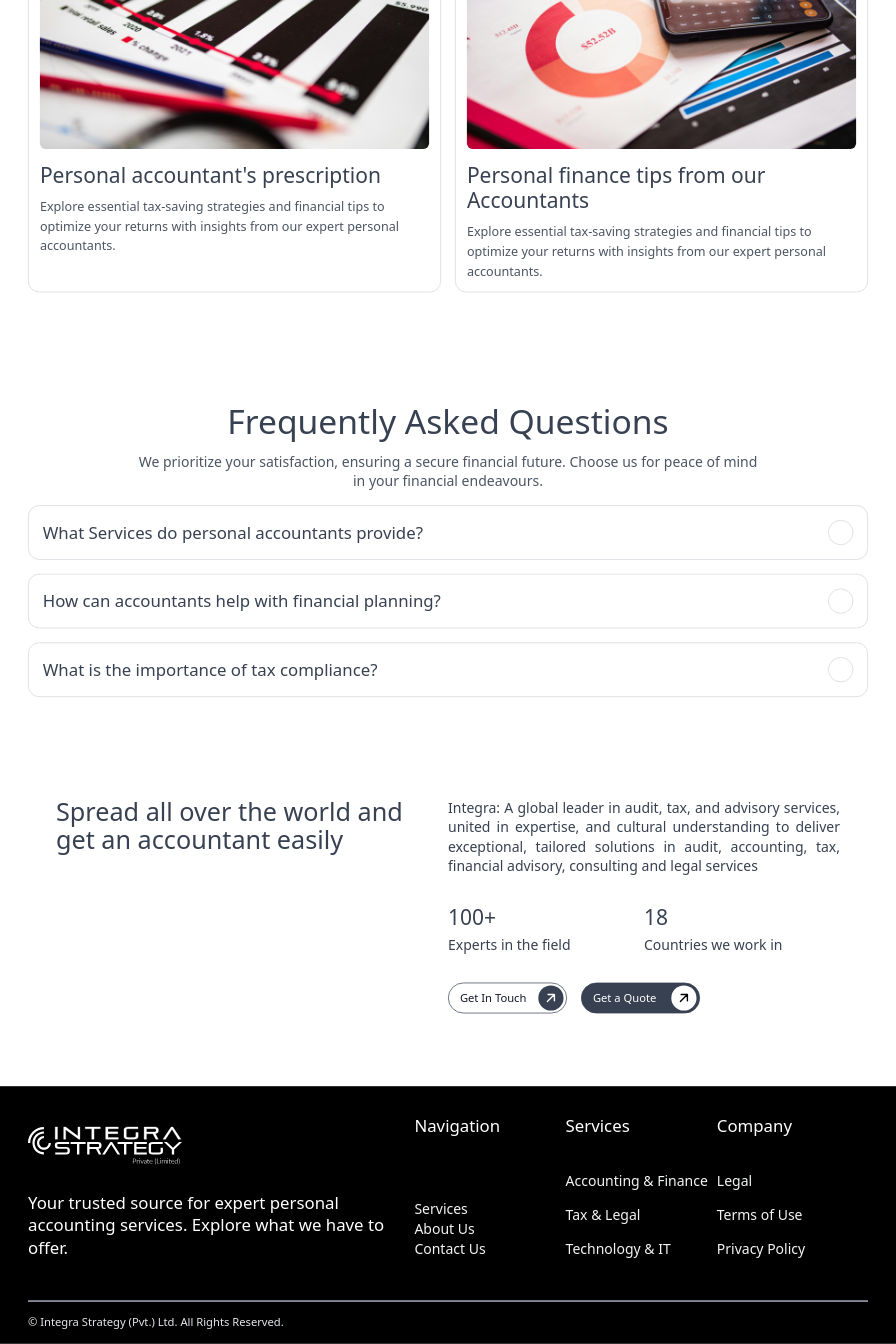
Repository: vespersolutionspk18/integrast-website
Page: /
The author's editor kept a copy of each file at every save. The page is drawn from the files as they stood at one save, then again after the next save.
The browser window is 1280 px wide. The pictures show the part of the page from y = 2894 to 4814 px (the page is 4814 px tall), at 70% of full size.
The project was rebuilt for these pictures with package versions that can differ from the ones it lists, and the page was loaded fresh each time. The framework's server and built-in components were replaced by stand-ins that run in the browser. Also part of the build but not shown: next.config.ts.

Above is the page before, as saved 2024-12-12 18:13:59.

### app/layout.tsx
import type { Metadata } from "next";
import localFont from "next/font/local";
import "./globals.css";

const geistSans = localFont({
  src: "./fonts/GeistVF.woff",
  variable: "--font-geist-sans",
  weight: "100 900",
});
const geistMono = localFont({
  src: "./fonts/GeistMonoVF.woff",
  variable: "--font-geist-mono",
  weight: "100 900",
});

export const metadata: Metadata = {
  title: "Integra Strategy",
  description: "-",
};

export default function RootLayout({
  children,
}: Readonly<{
  children: React.ReactNode;
}>) {
  return (
    <html lang="en">
      <body
        className={`${geistSans.variable} ${geistMono.variable} antialiased`}
      >
        {children}
      </body>
    </html>
  );
}

### app/page.tsx
import Header from "./Header";
import Hero from "./Hero";
import Services from "./Services";
import Postsart from "./Postsart";
import Faqsection from "./Faqsection";
import GetinTouchSection from "./GetinTouchSection";
import Footer from "./Footer";

export default function Home() {
  return (
    <div>
      <Header />
      <Hero />
      <Services />
      <Postsart />
      <Faqsection />
      <GetinTouchSection />
      <Footer />
    </div>
  );
}

### app/Header.tsx
import React from 'react'
import IntegraLogo from "@/public/assets/integra-logo.svg";
import ButtonArrow from "@/public/assets/buttonarrow.svg";

const Header = () => {
  return (
    <div className="pl-10 pr-10 pt-1 pb-3 flex flex-row justify-between font-sans font-light text-gray-800">
      <IntegraLogo className="h-[90px] w-[200px]" />
      <div className="text-xl flex flex-row gap-5 items-center">
        <div className="hover:text-black hover:font-normal hover:cursor-pointer">Insights</div>
        <div className="hover:text-black hover:font-normal hover:cursor-pointer">Industries</div>
        <div className="hover:text-black hover:font-normal hover:cursor-pointer">Services</div>
        <div className="hover:text-black hover:font-normal hover:cursor-pointer">About</div>
        <div className="hover:text-black hover:font-normal hover:cursor-pointer pr-5">Clients</div>
        <div id="button"
  className="group  bg-gray-700 h-[44px] flex-row border-[1px] border-gray-700 text-white text-[16px] py-1 px-1 font-light rounded-full hidden md:flex items-center justify-between w-[170px] transition-width duration-500 ease-in-out  hover:w-[195px] hover:bg-[#ec8123] hover:border-[#ec8123] hover:cursor-pointer "

>
  <div className="mx-3 font-sans font-regular">Contact Us</div>
  <div className="bg-white rounded-full h-[36px] w-[36px] flex items-center justify-center transition-transform duration-500 ease-in-out group-hover:rotate-45 ">
    <ButtonArrow className="h-[24px] w-[24px]" />
  </div>
            </div>
      </div>
    </div>

  )
}

export default Header

### app/Hero.tsx
import React from 'react'
import ButtonArrowwhite from "@/public/assets/buttonarrowwhite.svg";

const Hero = () => {
  return (
    <div className="flex flex-col p-10 ">
        <div className="flex flex-row mt-24 h-[190px] gap-5 ">
            <div className="w-[55%] flex flex-col">
                <h1 className="font-light font-sans text-6xl text-[#ec8123]">Unlock Prosperity, <span className="text-gray-800">Choose Expert Guidance</span></h1>
                <h4 className="text-xl font-sans font-light text-gray-900 mt-6">Embark on a transformative journey to financial prosperity with our personalized accountancy services</h4>
            </div>
            <div className="w-[45%] flex flex-col justify-between ">
                <h4 className="text-xl text-justify font-light font-sans text-gray-900">Unlock tailored strategies, benefit from insightful guidances, and follow a clear pathway to achieve your financial success. Elevate your financial journey with our dedicated support and expertise. Contact us today to start your journey towards financial freedom.</h4>
                <div className="flex flex-row gap-5 pt-10">
                <div>
                <div id="button"
  className="group  bg-white h-[44px] flex-row border-[1px] border-gray-700 text-gray-900 text-[16px] py-1 px-1 font-light rounded-full hidden md:flex items-center justify-between w-[170px] transition-width duration-500 ease-in-out  hover:w-[195px] hover:bg-gray-700 hover:border-gray-700 hover:text-white hover:cursor-pointer "

>
  <div className="mx-3 font-sans font-regular">Get In Touch</div>
  <div className="bg-gray-700 rounded-full h-[36px] w-[36px] flex items-center justify-center transition-transform duration-500 ease-in-out group-hover:rotate-45 group-hover:bg-[#ec8123]">
    <ButtonArrowwhite className="h-[24px] w-[24px]" />
  </div>
            </div>
                </div>
                <div>

                </div>

                </div>
            </div>
        </div>


        <div className="flex flex-row h-[380px] gap-4 mt-16">
            <div className="w-[70%] transition-all duration-500 ease-in-out hover:w-[90%] rounded-2xl bg-cover bg-center" style={{backgroundImage: `url('/assets/heroimage3.jpg')`}}></div>
            <div className="w-[30%] transition-all duration-500 ease-in-out hover:w-[40%] flex flex-col justify-between ">
                <div className="w-full h-full rounded-2xl bg-cover bg-center" style={{backgroundImage: `url('/assets/heroimage4.jpg')`}}></div>
                <h5 className="font-sans text-gray-900 text-justify text-xl mt-3  font-light">Tailored solutions, expert guidance, and strategic planning to secure your wealth and achieve your financial goals seamlessly</h5>
            </div>
        </div>
    </div>
  )
}

export default Hero

### app/Services.tsx
import React from 'react'
import ButtonArrowwhite from "@/public/assets/buttonarrowwhite.svg";

const Services = () => {
  return (
    <div className="flex flex-col p-10 mt-16 items-center ">
        <div className="flex flex-row items-start justify-start ">
            <div className="w-1/2 font-sans font-light text-5xl text-[#ec8123]">We collaborate across <span className="text-gray-700">diverse industry landscapes</span></div>
            <div className="w-1/2 font-sans text-gray-900 text-justify text-xl  font-light">Our commitment to fostering dynamic collaboration allows to navigate the unique challenges and intricacies of various sectors. Our versatile approach ensures tailored solutions that resonate with the distinct needs of each industry.</div>
        </div>
        <div className="flex flex-row gap-5 mt-16">
            <div className="rounded-2xl w-1/3 h-[540px] bg-cover bg-center flex items-end  " style={{backgroundImage: `url('/assets/audit.jpg')`}}>
            <div className="group">
  <div className="bg-white m-4  rounded-[12px] flex flex-col relative transition-all duration-500 ease-in-out hover:pb-[120px] min-h-[180px]">
    <h5 className="ml-5 mt-5 mr-5 mb-5 font-sans text-3xl text-gray-700 group-hover:text-[#ec8123] font-light">
      Accounting & Finance
    </h5>
    <p className="ml-5 mr-5 mb-5 text-justify font-sans font-light text-xl text-gray-600">
      We are committed to serving the public interest by providing objective assurance over data on which investors rely.
    </p>
    {/* Hidden div */}
    <div className="absolute bottom-5 left-5 text-xl font-sans font-light  text-gray-600 px-4 py-2 rounded-md opacity-0 invisible transition-all duration-500 group-hover:opacity-100 group-hover:visible hover:text-black hover:cursor-pointer  hover:underline">
      Learn More
    </div>
  </div>
</div>

</div>
            <div className="rounded-2xl w-1/3 h-[540px] bg-cover bg-center flex items-end" style={{backgroundImage: `url('/assets/tax.jpg')`}}>
            <div className="group">
  <div className="bg-white m-4  rounded-[12px] flex flex-col relative transition-all duration-500 ease-in-out hover:pb-[120px] min-h-[180px]">
    <h5 className="ml-5 mt-5 mr-5 mb-5 font-sans text-3xl text-gray-700 group-hover:text-[#ec8123] font-light">
      Tax & Legal
    </h5>
    <p className="ml-5 mr-5 mb-5 text-justify font-sans font-light text-xl text-gray-600">
      We are committed to serving the public interest by providing objective assurance over data on which investors rely.
    </p>
    {/* Hidden div */}
    <div className="absolute bottom-5 left-5 text-xl font-sans font-light  text-gray-600 px-4 py-2 rounded-md opacity-0 invisible transition-all duration-500 group-hover:opacity-100 group-hover:visible hover:text-black hover:cursor-pointer  hover:underline">
      Learn More
    </div>
  </div>
</div>
</div>
            <div className="rounded-2xl w-1/3 h-[540px] bg-cover bg-center flex items-end" style={{backgroundImage: `url('/assets/tech.jpg')`}}>
            <div className="group">
  <div className="bg-white m-4  rounded-[12px] flex flex-col relative transition-all duration-500 ease-in-out hover:pb-[120px] min-h-[180px]">
    <h5 className="ml-5 mt-5 mr-5 mb-5 font-sans text-3xl text-gray-700 group-hover:text-[#ec8123] font-light">
      Technology & IT
    </h5>
    <p className="ml-5 mr-5 mb-5 text-justify font-sans font-light text-xl text-gray-600">
      We are committed to serving the public interest by providing objective assurance over data on which investors rely.
    </p>
    {/* Hidden div */}
    <div className="absolute bottom-5 left-5 text-xl font-sans font-light  text-gray-600 px-4 py-2 rounded-md opacity-0 invisible transition-all duration-500 group-hover:opacity-100 group-hover:visible hover:text-black hover:cursor-pointer  hover:underline">
      Learn More
    </div>
  </div>
</div>
</div>
        </div>
        <div className="mt-8">
                <div id="button"
  className="group  bg-white h-[44px] flex-row border-[1px] border-gray-700 text-gray-900 text-[16px] py-1 px-1 font-light rounded-full hidden md:flex items-center justify-between w-[190px] transition-width duration-500 ease-in-out hover:cursor-pointer  hover:w-[215px] hover:bg-gray-700 hover:border-gray-700 hover:text-white "

>
  <div className="mx-3 font-sans font-regular">View all Services</div>
  <div className="bg-gray-700 rounded-full h-[36px] w-[36px] flex items-center justify-center transition-transform duration-500 ease-in-out group-hover:rotate-45 group-hover:bg-[#ec8123]">
    <ButtonArrowwhite className="h-[24px] w-[24px]" />
  </div>
            </div>
                </div>
    </div>
  )
}

export default Services

### app/Postsart.tsx
import React from 'react'

const Postsart = () => {
  return (
    <div className="w-full flex flex-col p-10 items-center mt-20">
        <h2 className="text-5xl font-sans text-gray-700 font-light">Posts & Articles</h2>
        <p className="font-sans text-xl text-gray-800 font-light text-center mt-5">Stay up-to-date and enahnce your financial literacy with our engaging and informative<br></br>content your key to achieving financial success</p>
        <div className="flex flex-row mt-10 gap-5 w-full">
            <div className="hover:border-black hover:cursor-pointer flex flex-col rounded-2xl w-1/2  border-[1px] p-4 border-gray-300">
            <div className="w-full h-[340px] rounded-[8px] bg-cover bg-center" style={{backgroundImage: `url('/assets/post1.jpg')`}}></div>
            <h5 className="font-sans font-light text-3xl mt-5 text-gray-700">Navigating Tax Season: Tips for Individuals</h5>
            <p className="font-sans font-light text-gray-600 text-lg mt-3">Explore essential tax-saving strategies and financial tips to optimize your returns with insights from our expert personal accountants.</p>
            </div>
            <div className="hover:border-black hover:cursor-pointer flex flex-col rounded-2xl w-1/2  border-[1px] p-4 border-gray-300">
            <div className="w-full h-[340px] rounded-[8px] bg-cover bg-center" style={{backgroundImage: `url('/assets/post2.jpg')`}}></div>
            <h5 className="font-sans font-light text-3xl mt-5 text-gray-700">Insights from personal accountants</h5>
            <p className="font-sans font-light text-gray-600 text-lg mt-3">Explore essential tax-saving strategies and financial tips to optimize your returns with insights from our expert personal accountants.</p>
            </div>
        </div>
        <div className=" flex flex-row mt-5 gap-5 w-full">
            <div className="hover:border-black hover:cursor-pointer flex flex-col rounded-2xl w-1/2  border-[1px] p-4 border-gray-300">
            <div className="w-full h-[340px] rounded-[8px] bg-cover bg-center" style={{backgroundImage: `url('/assets/post3.jpg')`}}></div>
            <h5 className="font-sans font-light text-3xl mt-5 text-gray-700">Personal accountant&apos;s prescription</h5>
            <p className="font-sans font-light text-gray-600 text-lg mt-3">Explore essential tax-saving strategies and financial tips to optimize your returns with insights from our expert personal accountants.</p>
            </div>
            <div className="hover:border-black hover:cursor-pointer flex flex-col rounded-2xl w-1/2  border-[1px] p-4 border-gray-300">
            <div className="w-full h-[340px] rounded-[8px] bg-cover bg-center" style={{backgroundImage: `url('/assets/post4.jpg')`}}></div>
            <h5 className="font-sans font-light text-3xl mt-5 text-gray-700">Personal finance tips from our Accountants</h5>
            <p className="font-sans font-light text-gray-600 text-lg mt-3">Explore essential tax-saving strategies and financial tips to optimize your returns with insights from our expert personal accountants.</p>
            </div>
        </div>
    </div>
  )
}

export default Postsart

### app/Faqsection.tsx
"use client";
import React, { useState } from "react";
import ButtonRight from "@/public/assets/right.svg";

const Faqsection = () => {
  // Array of FAQs
  const faqs = [
    {
      question: "What Services do personal accountants provide?",
      answer:
        "Personal accountants provide a variety of services, including tax preparation, financial planning, and investment advice. They also help manage budgets, track expenses, and ensure compliance with financial regulations.",
    },
    {
      question: "How can accountants help with financial planning?",
      answer:
        "Accountants assist in creating budgets, managing investments, and developing long-term financial strategies tailored to individual needs.",
    },
    {
      question: "What is the importance of tax compliance?",
      answer:
        "Tax compliance ensures that individuals and businesses meet their legal obligations, avoiding penalties and fostering financial stability.",
    },
  ];

  // State to track which FAQ is expanded
  const [expandedIndex, setExpandedIndex] = useState<number | null>(null);

  // Toggle function
  const toggleSection = (index: number) => {
    setExpandedIndex((prevIndex) => (prevIndex === index ? null : index));
  };

  return (
    <div className="flex flex-col p-10 items-center mt-20">
      <h2 className="font-sans font-light text-5xl text-gray-700">
        Frequently Asked Questions
      </h2>
      <p className="font-sans mt-5 font-light text-xl text-gray-600 text-center">
        We prioritize your satisfaction, ensuring a secure financial future.
        Choose us for peace of mind
        <br />
        in your financial endeavours.
      </p>
      <div className="w-full flex flex-col gap-5 mt-5">
        {faqs.map((faq, index) => (
          <div
            key={index}
            className={`border-[1px] ${
              expandedIndex === index ? "border-gray-500" : "border-gray-300"
            } rounded-2xl p-5 flex flex-col transition-all duration-500`}
          >
            <div
              onClick={() => toggleSection(index)}
              className="flex flex-row justify-between items-center cursor-pointer"
            >
              <h5 className="font-sans font-light text-2xl text-gray-700">
                {faq.question}
              </h5>
              <div
                className={`bg-white border-[1px] border-gray-300 rounded-full h-[36px] w-[36px] flex items-center justify-center transition-transform duration-500 ease-in-out ${
                  expandedIndex === index ? "rotate-90" : "rotate-0"
                }`}
              >
                <ButtonRight className="h-[24px] w-[24px]" />
              </div>
            </div>
            {/* Expandable content */}
            <div
              className={`overflow-hidden transition-all duration-500 ease-in-out ${
                expandedIndex === index ? "max-h-[200px] mt-5" : "max-h-0"
              }`}
            >
              <p className="text-gray-600 font-sans font-light text-lg">{faq.answer}</p>
            </div>
          </div>
        ))}
      </div>
    </div>
  );
};

export default Faqsection;

### app/GetinTouchSection.tsx
import React from 'react'
import ButtonArrowwhite from "@/public/assets/buttonarrowwhite.svg";
import ButtonArrow from "@/public/assets/buttonarrow.svg";

const GetinTouchSection = () => {
  return (
    <div className="mt-16">
        <div className="flex flex-row p-10 ">
        <div className="ml-10 w-1/2 font-sans font-light text-gray-700 text-4xl">
        <b>Spread all over the world</b> and get an accountant easily
        </div>
        <div className="mr-10 w-1/2 flex flex-col">
        <p className="font-light text-xl text-gray-700 font-sans text-justify">
            Integra: A global leader in audit, tax, and advisory services, united in expertise, and cultural understanding to deliver exceptional, tailored solutions in audit, accounting, tax, financial advisory, consulting and legal services
        </p>
        <div className="flex flex-row justify-between mt-10">
        <div className="w-1/2 flex flex-col gap-2">
        <h5 className="font-sans font-light text-3xl text-gray-700">100+</h5>
        <p className="font-sans font-light text-xl text-gray-700">Experts in the field</p>

        </div>
        <div className="w-1/2 flex flex-col gap-2">
        <h5 className="font-sans font-light text-3xl text-gray-700">18</h5>
        <p className="font-sans font-light text-xl text-gray-700">Countries we work in </p>
        </div>
        </div>
        <div className="flex flex-row gap-5 pt-10">
                <div>
                <div id="button"
  className="group  bg-white h-[44px] flex-row border-[1px] border-gray-700 text-gray-900 text-[16px] py-1 px-1 font-light rounded-full hidden md:flex items-center justify-between w-[170px] transition-width duration-500 ease-in-out  hover:w-[195px] hover:bg-gray-700 hover:border-gray-700 hover:text-white hover:cursor-pointer "

>
  <div className="mx-3 font-sans font-regular">Get In Touch</div>
  <div className="bg-gray-700 rounded-full h-[36px] w-[36px] flex items-center justify-center transition-transform duration-500 ease-in-out group-hover:rotate-45">
    <ButtonArrowwhite className="h-[24px] w-[24px]" />
  </div>
            </div>
                </div>
                <div>
                <div id="button"
  className="group  bg-gray-700 h-[44px] flex-row border-[1px] border-gray-700 text-white text-[16px] py-1 px-1 font-light rounded-full hidden md:flex items-center justify-between w-[170px] transition-width duration-500 ease-in-out  hover:w-[195px] hover:bg-white hover:border-gray-700 hover:text-gray-700 hover:cursor-pointer "

>
  <div className="mx-3 font-sans font-regular">Get a Quote</div>
  <div className="bg-white rounded-full h-[36px] w-[36px] flex items-center justify-center transition-transform duration-500 ease-in-out group-hover:rotate-45 group-hover:border-[1px] group-hover:border-gray-700">
    <ButtonArrow className="h-[24px] w-[24px]" />
  </div>
            </div>
                </div>

                </div>
        </div>
    </div>
    </div>
  )
}

export default GetinTouchSection

### app/Footer.tsx
import React from 'react'
import IntegraFooterLogo from "@/public/assets/integra-logo-white.svg";
import { Separator } from '@/components/ui/separator';

const Footer = () => {
  return (
    <div className="flex flex-col bg-black text-white mt-16">
        <div className="flex flex-row p-10 justify-between">
        <div className="w-[46%] pr-10 flex flex-col gap-5">
        <IntegraFooterLogo className="h-[90px] w-[220px]" />
        <h3 className="font-sans font-light text-2xl">Your trusted source for expert personal accounting services. Explore what we have to offer.</h3>
        </div>
        <div className="w-[18%] flex flex-col justify-between font-sans font-light">
        <p className="text-white text-2xl font-normal">Navigation</p>
        <ul className="text-gray-100 text-xl">
        <li className="">Services</li>
        <li className="">About Us</li>
        <li className="">Contact Us</li>
        </ul>
        </div>
        <div className="w-[18%] flex flex-col justify-between font-sans font-light">
        <p className="text-white text-2xl font-normal">Services</p>
        <ul className="text-gray-100 text-xl">
        <li className="mt-5">Accounting & Finance</li>
        <li className="mt-5">Tax & Legal</li>
        <li className="mt-5">Technology & IT</li>
        </ul>
        </div>
        <div className="w-[18%] flex flex-col justify-between font-sans font-light">
        <p className="text-white text-2xl font-normal">Company</p>
        <ul className="text-gray-100 text-xl">
        <li className="mt-5">Legal</li>
        <li className="mt-5">Terms of Use</li>
        <li className="mt-5">Privacy Policy</li>
        </ul>
        </div>
        </div>
        <div className="pl-10 pr-10 pb-2 pt-5">
        <Separator className="border-gray-500 border-[0.5px]" />
        </div>
        <div className="pr-10 pl-10 pt-2 pb-5 font-light font-sans text-gray-200">
        &#169; Integra Strategy (Pvt.) Ltd. All Rights Reserved.
        </div>
    </div>
  )
}

export default Footer

### components/ui/separator.tsx
"use client"

import * as React from "react"
import * as SeparatorPrimitive from "@radix-ui/react-separator"

import { cn } from "@/lib/utils"

const Separator = React.forwardRef<
  React.ElementRef<typeof SeparatorPrimitive.Root>,
  React.ComponentPropsWithoutRef<typeof SeparatorPrimitive.Root>
>(
  (
    { className, orientation = "horizontal", decorative = true, ...props },
    ref
  ) => (
    <SeparatorPrimitive.Root
      ref={ref}
      decorative={decorative}
      orientation={orientation}
      className={cn(
        "shrink-0 bg-border",
        orientation === "horizontal" ? "h-[1px] w-full" : "h-full w-[1px]",
        className
      )}
      {...props}
    />
  )
)
Separator.displayName = SeparatorPrimitive.Root.displayName

export { Separator }

Loaded but not shown: app/globals.css (common file); lib/utils.ts (common file); tailwind.config.ts (common file)

After the next save:
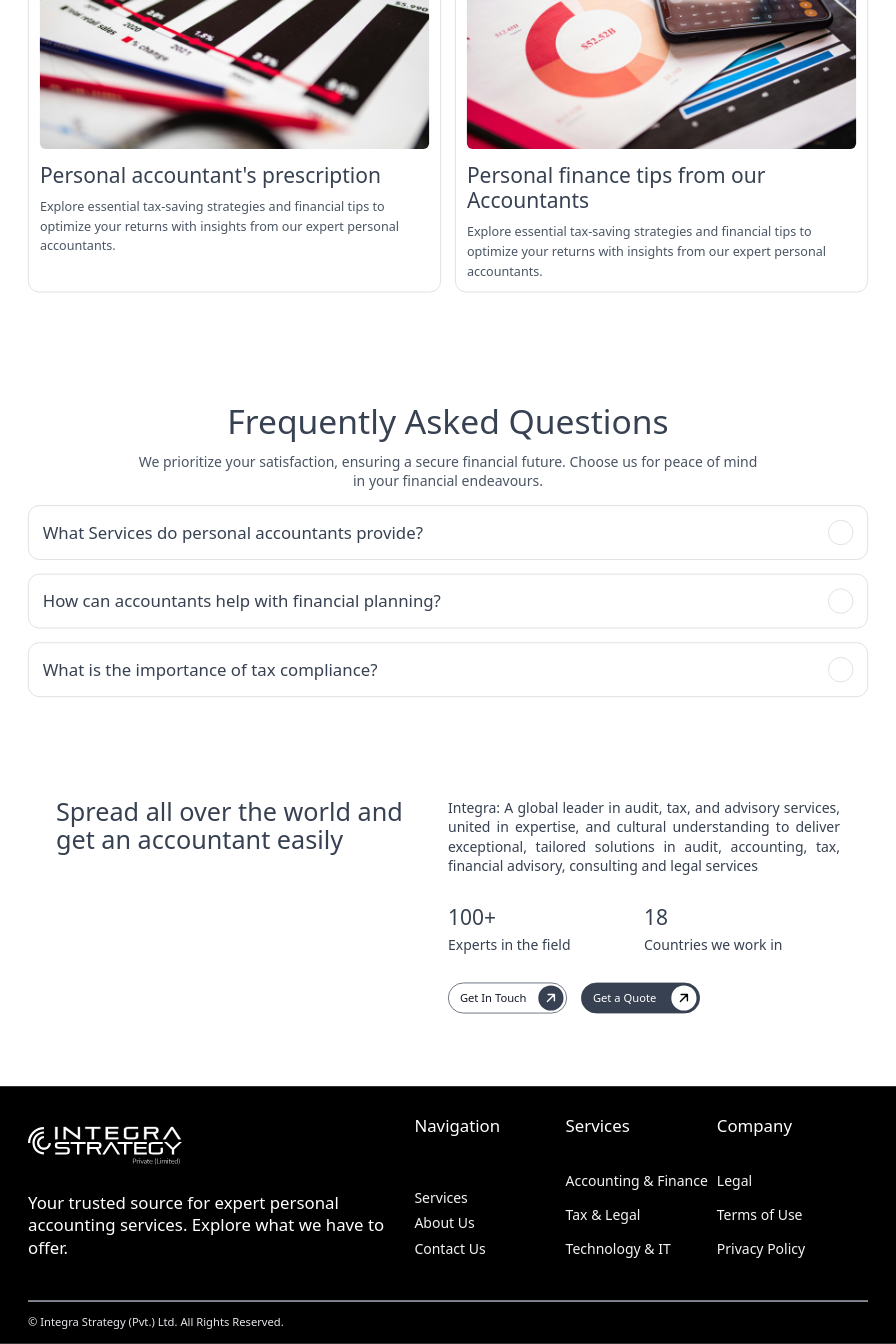
Saved 14 s later.
--- a/app/Footer.tsx
+++ b/app/Footer.tsx
@@ -13,9 +13,9 @@ const Footer = () => {
         <div className="w-[18%] flex flex-col justify-between font-sans font-light">
         <p className="text-white text-2xl font-normal">Navigation</p>
         <ul className="text-gray-100 text-xl">
-        <li className="">Services</li>
-        <li className="">About Us</li>
-        <li className="">Contact Us</li>
+        <li className="mt-2">Services</li>
+        <li className="mt-2">About Us</li>
+        <li className="mt-2">Contact Us</li>
         </ul>
         </div>
         <div className="w-[18%] flex flex-col justify-between font-sans font-light">
